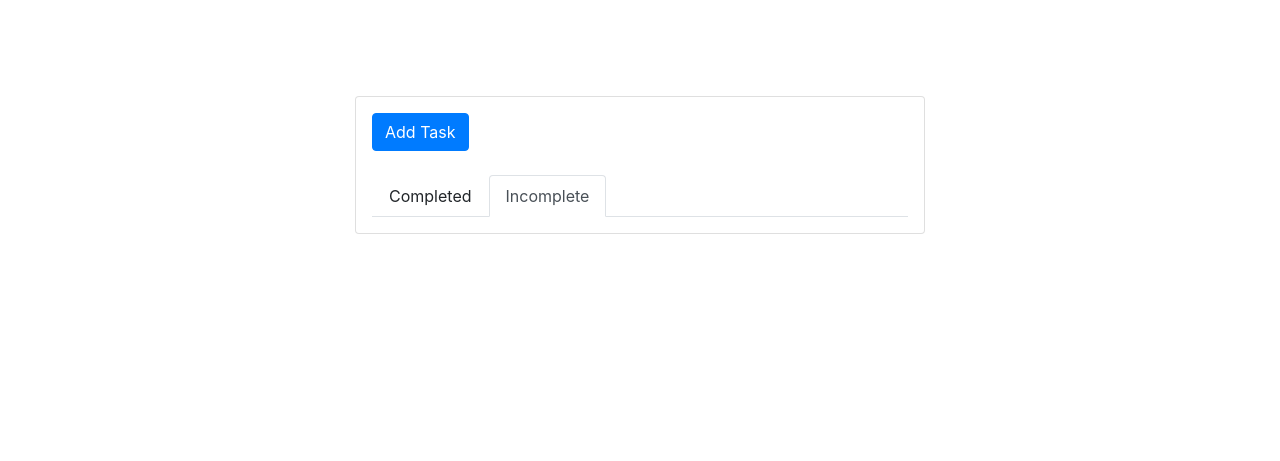
Repository: GarlicButterBoy/DjangoReactTodoAppFrontend
Page: /
The author's editor kept a copy of each file at every save. The page is drawn from the files as they stood at one save, then again after a run of saves.
The browser window is 1280 px wide. The pictures show the whole page.
The project was rebuilt for these pictures with package versions that can differ from the ones it lists, and the page was loaded fresh each time.

Above is the page before, as saved 2022-07-13 10:37:44.

After the next 3 saves:
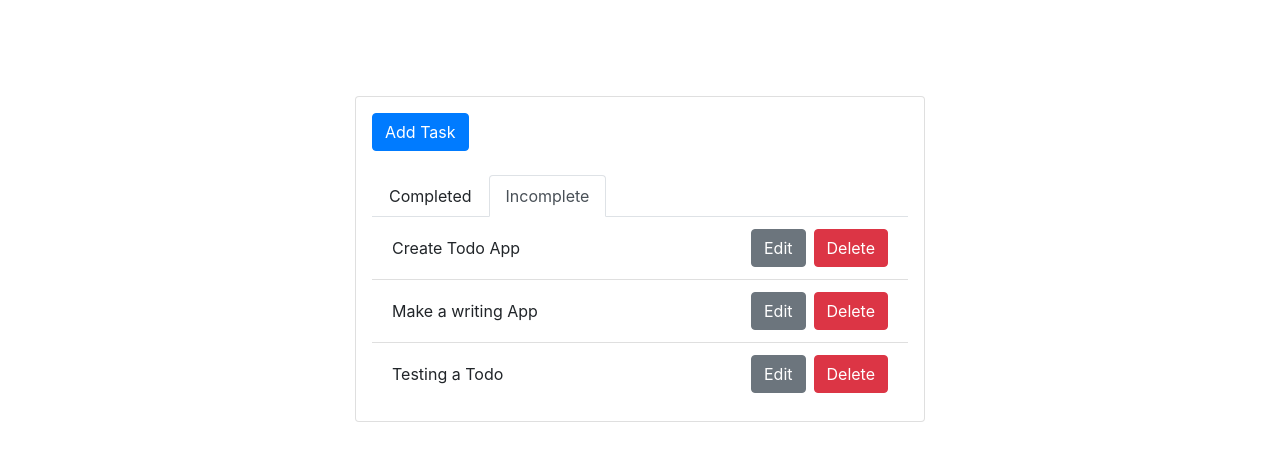
The 3 saves are shown as one change because they came seconds apart.
The last was saved 8 s later.
--- a/src/App.js
+++ b/src/App.js
@@ -108,7 +108,9 @@ class App extends Component {
                 <button className="btn btn-primary">Add Task</button>
               </div>
               {this.renderTabList()}
-              <ul className="list-group list-group-flush border-top-0"></ul>
+              <ul className="list-group list-group-flush border-top-0">
+                {this.renderItems()}
+              </ul>
             </div>
           </div>
         </div>
